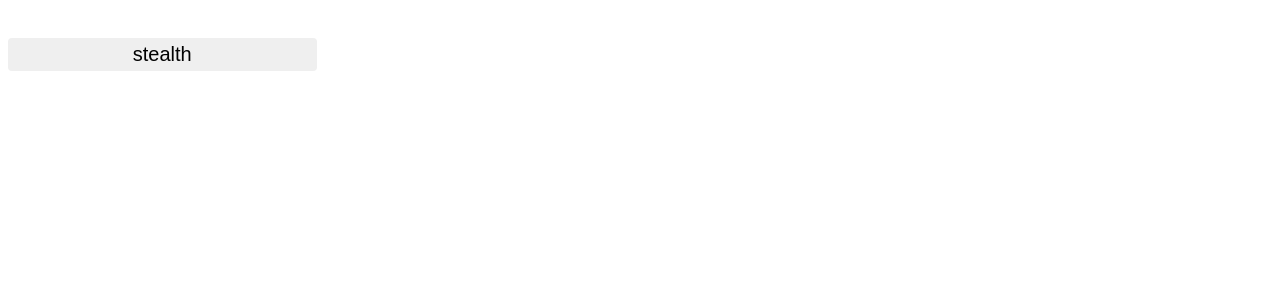
Repository: Lucid-art/Team-8-Project
Page: templates/theme.html
The author's editor kept a copy of each file at every save. The page is drawn from the files as they stood at one save, then again after the next save.
The browser window is 1280 px wide. The pictures show the whole page.

Above is the page before, as saved 2021-06-09 16:36:57.
Console error: TypeError: Cannot read properties of null (reading 'workTime')

After the next save:
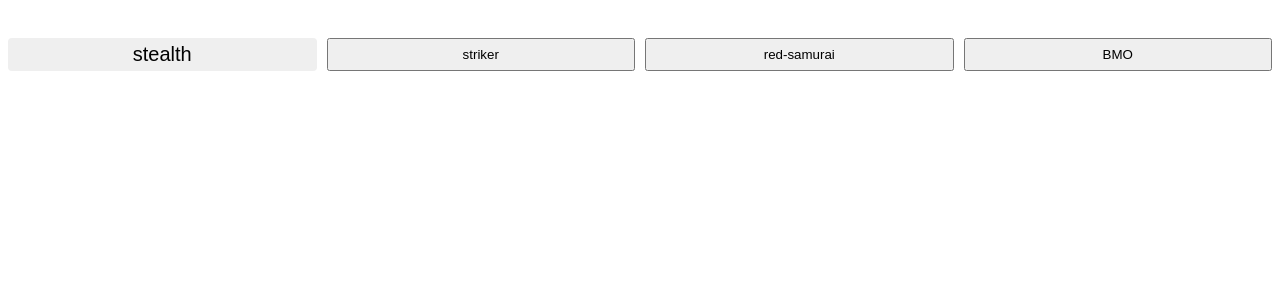
Saved 17 s later.
--- a/templates/theme.html
+++ b/templates/theme.html
@@ -11,6 +11,9 @@
 
     <div class="theme-buttons">
     <button id="stealth" class="button-stuff">stealth</button>
+    <button id="striker"class="btn-toggle"> striker </button>
+<button id="red-samurai"class="btn-toggle"> red-samurai </button>
+<button id="bmo"class="btn-toggle"> BMO </button>
 
     <!-- <button class="methol" onclick="methol()">BMO</button>
     <button class="striker" onclick="striker()">striker</button>
